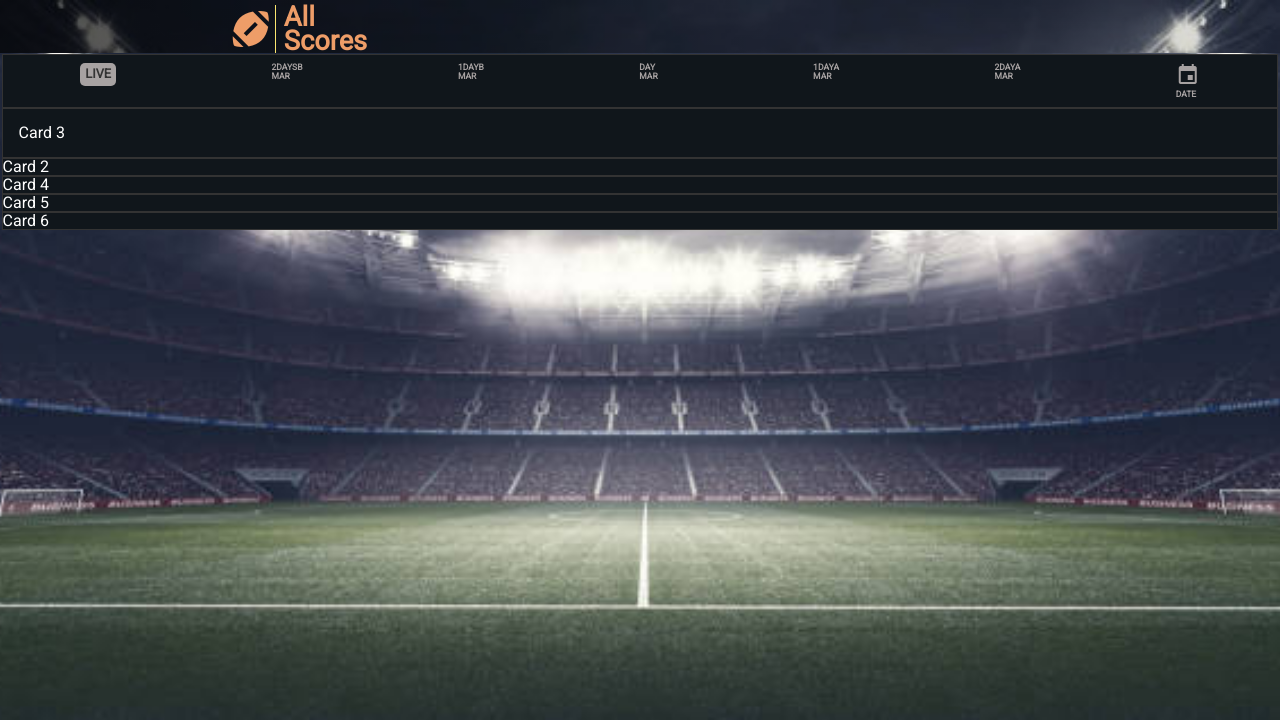
Repository: boomshakar/AllScores
Page: index.html
The author's editor kept a copy of each file at every save. The page is drawn from the files as they stood at one save, then again after the next save.
The browser window is 1280 px wide. The pictures show the whole page.
The style sheet was rebuilt from its Sass, Less or Tailwind sources for each picture, by a compiler version that may differ from the author's.

Above is the page before, as saved 2021-03-30 03:07:30.

### index.html
<!DOCTYPE html>
<html lang="en">
  <head>
    <meta charset="UTF-8" />
    <meta http-equiv="X-UA-Compatible" content="IE=edge" />
    <meta name="viewport" content="width=device-width, initial-scale=1.0" />
    <title>All Scores</title>
    <link rel="stylesheet" href="css/main.css" />
    <link
      rel="stylesheet"
      href="https://fonts.googleapis.com/icon?family=Material+Icons"
    />
  </head>
  <body>
    <header>
      <a href="index.html" class="head-name__logo">
        <span class="material-icons md-48">sports_football</span>
        <h1>All<br />Scores</h1>
      </a>
      <ul class="head-name">
        <a href="index.html"
          ><li class="head-name__mob active">
            <span class="material-icons md-36">sports_soccer</span>
            <h3>Soccer</h3>
          </li></a
        >
        <a href="#"
          ><li class="head-name__mob">
            <span class="material-icons md-36">sports_basketball</span>
            <h3>Basket</h3>
          </li></a
        >
        <a href="#"
          ><li class="head-name__mob">
            <span class="material-icons md-36">golf_course</span>
            <h3>Golf</h3>
          </li></a
        >
        <a href="#"
          ><li class="head-name__mob">
            <span class="material-icons md-36">sports_tennis</span>
            <h3>Tennis</h3>
          </li></a
        >
      </ul>
      <div class="menu-btn">
        <span class="menu-btn__burger"></span>
      </div>
      <nav class="nav">
        <ul class="menu-nav">
          <div class="menu-nav__time">
            Lorem ipsum, dolor sit amet consectetur adipisicing elit. Qui
            quidem, dignissimos asperiores totam nesciunt laborum at consectetur
            nam temporibus ea.
          </div>
          <li class="menu-nav__item active">
            <a href="index.html" class="menu-nav__link">Soccer</a>
          </li>
          <li class="menu-nav__item">
            <a href="#" class="menu-nav__link">Basketball</a>
          </li>
          <li class="menu-nav__item">
            <a href="#" class="menu-nav__link">Tennis</a>
          </li>
          <li class="menu-nav__item">
            <a href="#" class="menu-nav__link">Hockey</a>
          </li>
          <li class="menu-nav__item">
            <a href="#" class="menu-nav__link">Golf</a>
          </li>
          <li class="menu-nav__item">
            <a href="#" class="menu-nav__link">Basketball</a>
          </li>
          <li class="menu-nav__item">
            <a href="#" class="menu-nav__link">Tennis</a>
          </li>
          <li class="menu-nav__item">
            <a href="#" class="menu-nav__link">Hockey</a>
          </li>
          <li class="menu-nav__item">
            <a href="#" class="menu-nav__link">Golf</a>
          </li>
          <li class="menu-nav__item">
            <a href="#" class="menu-nav__link">Basketball</a>
          </li>
          <li class="menu-nav__item">
            <a href="#" class="menu-nav__link">Tennis</a>
          </li>
          <li class="menu-nav__item">
            <a href="#" class="menu-nav__link">Hockey</a>
          </li>
          <li class="menu-nav__item">
            <a href="#" class="menu-nav__link">Golf</a>
          </li>
          <div class="menu-nav__foot">
            Lorem ipsum dolor sit amet consectetur adipisicing elit. Quisquam
            quod neque provident ex cumque adipisci, iusto, tempora quibusdam
            maxime, magni autem perferendis? Quibusdam, tenetur. Laudantium,
            velit reiciendis deleniti perferendis nesciunt vitae dolores itaque
            aut voluptas dolor veritatis. Optio ducimus consectetur nisi sequi,
            nesciunt id quis mollitia, laborum voluptates necessitatibus modi.
          </div>
        </ul>
      </nav>
    </header>
    <div class="grid-contain">
      <span class="card">
        <div class="date-select">
          <a href="#" class="date-select__link active"
            ><div class="date-select__match live-logo">
              <strong>live</strong>
            </div></a
          >
          <a href="#" class="date-select__link"
            ><div class="date-select__match">
              <h6>2daysB</h6>
              <h6>Mar</h6>
            </div></a
          >
          <a href="#" class="date-select__link"
            ><div class="date-select__match">
              <h6>1dayB</h6>
              <h6>Mar</h6>
            </div></a
          >
          <a href="#" class="date-select__link"
            ><div class="date-select__match">
              <h6>Day</h6>
              <h6>Mar</h6>
            </div></a
          >
          <a href="#" class="date-select__link"
            ><div class="date-select__match">
              <h6>1dayA</h6>
              <h6>Mar</h6>
            </div></a
          >
          <a href="#" class="date-select__link"
            ><div class="date-select__match">
              <h6>2dayA</h6>
              <h6>Mar</h6>
            </div></a
          >
          <a href="#" class="date-select__link"
            ><div class="date-select__match">
              <span class="material-icons"> event </span>
              <h6>Date</h6>
            </div></a
          >
        </div>
      </span>
      <div class="card">Card 2</div>
      <div class="card">Card 3</div>
      <div class="card">Card 4</div>
      <div class="card">Card 5</div>
      <div class="card">Card 6</div>
    </div>
  </body>
  <script src="main.js"></script>
</html>

### main.js
const menuBtn = document.querySelector(".menu-btn");
const menuBurger = document.querySelector(".menu-btn__burger");
const nav = document.querySelector(".nav");
const headName = document.querySelector(".head-name");
const menuNav = document.querySelector(".menu-nav");
const menuNavList = document.querySelectorAll(".menu-nav__item");

let menuOpen = false;

menuBtn.addEventListener("click", toggleMenu);

function toggleMenu() {
  if (!menuOpen) {
    menuBurger.classList.add("open");
    nav.classList.add("open");
    headName.classList.add("open");
    menuNav.classList.add("open");
    menuNavList.forEach((item) => item.classList.add("open"));

    menuOpen = true;
  } else {
    menuBurger.classList.remove("open");
    nav.classList.remove("open");
    headName.classList.remove("open");
    menuNav.classList.remove("open");
    menuNavList.forEach((item) => item.classList.remove("open"));

    menuOpen = false;
  }
}

### scss/main.scss
@import "config";
@import "menu";
@import "home";
@import "responsive";

body {
  position: relative;
  background: $primary-color;
  color: $text-color;
  height: 100vh;
  font-family: "Roboto", "Segoe UI", Tahoma, Verdana, sans-serif;
  line-height: 1;
  background: url(../img/stadium3.jpg);
  background-size: cover;
  background-repeat: no-repeat;
  background-position: center;
  background-attachment: fixed;
}

header {
  display: flex;
  z-index: 2;
  background: linear-gradient(to right, rgba(#000, 0.7), rgba(#000, 0.1)),
    url(../img/head.jpg);
  background-size: cover;
  background-repeat: no-repeat;
  position: fixed;
  width: 100vw;
  padding-top: 0.3rem;

  a {
    color: $secondary-color;
  }
}

### scss/_config.scss
$primary-color: #24303a;
$secondary-color: #ee9d68;
$text-color: #fae56f;
$text-color2: rgb(167, 162, 162);

* {
  box-sizing: border-box;
  margin: 0;
  padding: 0;
  outline: 0;
  list-style: none;
}
a {
  text-decoration: none;
}

@import url("https://fonts.googleapis.com/css2?family=Roboto&display=swap");

@mixin transition-mix {
  transition: all 0.5s ease-in-out;
}

@mixin media-xxsm {
  @media screen and (max-width: 313px) {
    @content;
    ul.head-name {
      visibility: hidden;
    }
  }
}

@mixin media-xsm {
  @media screen and (min-width: 314px) and (max-width: 359px) {
    @content;
  }
}

@mixin media-sm {
  @media screen and (min-width: 360px) and (max-width: 399px) {
    @content;
  }
}

@mixin media-smd {
  @media screen and (min-width: 400px) {
    @content;
  }
}

@mixin media-md {
  @media screen and (min-width: 500px) {
    @content;
  }
}

@mixin media-lg {
  @media screen and (min-width: 700px) {
    @content;
  }
}

@mixin media-xl {
  @media screen and (min-width: 1000px) {
    @content;
  }
}

### scss/_menu.scss
.menu-btn {
  position: fixed;
  z-index: 1;
  width: 28px;
  height: 20px;
  top: 0.8rem;
  right: 0.7rem;
  background: transparent;
  cursor: pointer;
  @include transition-mix;
  &__burger {
    position: absolute;
    width: 20px;
    height: 3px;
    right: 0.5rem;
    top: 0.5rem;
    background: pink;
    border-radius: 5px;
    @include transition-mix;

    &::before {
      content: "";
      position: absolute;
      width: 28px;
      height: 3px;
      top: -8px;
      background: $text-color;
      border-radius: 5px;
      @include transition-mix;
    }

    &::after {
      content: "";
      position: absolute;
      width: 28px;
      height: 3px;
      top: 8px;
      background: $text-color;
      border-radius: 5px;
      @include transition-mix;
    }

    &.open {
      transform: rotate(720deg);
      background: transparent;

      &::before {
        transform: rotate(45deg) translate(5px, 8px);
        background: $secondary-color;
      }
      &::after {
        transform: rotate(-45deg) translate(3px, -7px);
        background: $secondary-color;
      }
    }
  }
}
nav {
  position: fixed;
  top: 0;
  left: 0;
  width: 100vw;
  visibility: hidden;
  &.open {
    visibility: visible;
  }
}

.menu-nav {
  display: grid;
  grid-template-columns: 1fr;
  grid-template-rows: 1fr;
  width: 100vw;
  height: 100vh;
  top: 50px;
  left: 0;
  right: 0;
  bottom: 0;
  overflow-y: scroll;
  overflow-x: hidden;
  background: $primary-color;
  opacity: 0.97;
  transform: translateY(-100%);
  @include transition-mix;

  &.open {
    transform: translateY(0);
  }
  &__time {
    padding: 1.5rem 1.5rem 1rem 1.5rem;
    line-height: 1.2;
    font-size: 12px;
  }

  &__item {
    transform: translateX(100vw);
    border-bottom: 1px solid rgb(102, 96, 96);
    @include transition-mix;
    &:nth-of-type(1) {
      border-top: 1px solid rgb(102, 96, 96);
    }
    &.open {
      transform: translateX(0);
    }
    &.active > a {
      color: $secondary-color;
    }
  }

  &__link {
    display: grid;
    font-size: 1.1rem;
    padding: 0.7rem 0;
    font-weight: 600;
    text-transform: uppercase;
    text-align: center;
    color: rgb(167, 162, 162);
    @include transition-mix;

    &:hover {
      color: $secondary-color;
    }
  }

  &__foot {
    padding: 2rem 1.5rem 200px 1.5rem;
    font-size: 12px;
  }
}

@for $f from 1 through 14 {
  .menu-nav__item:nth-child(#{$f}) {
    transition-delay: ($f * 0.1s) + 0.05s;
  }
}

### scss/_home.scss
.grid-contain {
  padding: 3.4rem 0.1rem 1.5rem 0.1rem;
  display: grid;
  grid-template-columns: 1fr;

  .card {
    background: darken($primary-color, 10%);
    border: 1px solid #333;
    color: #fff;

    &:nth-child(1) {
      //date selector
      grid-column: 1 / 1;
      grid-row: 1/ 2;
      .date-select {
        display: flex;
        flex-direction: row;
        justify-content: space-around;
        &__link {
          color: $text-color2;
          padding: 0.5rem 0.8rem;
          text-transform: uppercase;
          &:nth-child(1) > .live-logo {
            color: #333;
            background: $text-color2;
            border-radius: 5px;
            padding: 5px;
          }
        }
        &__match {
          font-size: 0.8rem;
          font-weight: 600;
        }
      }
    }

    &:nth-child(2) {
      //left side
      grid-column: 1;
      grid-row: 3 / 4;
    }

    &:nth-child(3) {
      //main menu
      grid-column: 1;
      grid-row: 2 / 3;
      padding: 1rem;
    }

    &:nth-child(4) {
      //right side
      grid-column: 1;
      grid-row: 4 / 5;
    }

    &:nth-child(5) {
      //stciky ad below
      grid-column: 1;
      grid-row: 5 / 6;
    }

    &:nth-child(6) {
      //footer
      grid-column: 1;
      grid-row: 6 / 7;
    }
  }
}

### scss/_responsive.scss
@include media-xxsm {
  header {
    height: 2.8rem;
    justify-content: space-between;
    .head-name__logo {
      display: flex;
      flex-direction: row;
      cursor: pointer;
      &:hover > .material-icons {
        color: $text-color;
      }

      .material-icons {
        font-size: 2.5rem;
        align-items: center;
        cursor: pointer;
        @include transition-mix;
      }
      h1 {
        font-weight: 800;
        border-left: 1px solid $text-color;
        line-height: 1.3rem;
        padding: 0 0.5rem;
        font-size: 1.1rem;
        cursor: pointer;
      }
    }
  }
}

@include media-xsm {
  header {
    justify-content: space-between;
    .head-name__logo {
      display: flex;
      flex-direction: row;
      cursor: pointer;
      height: 2.5rem;
      &:hover > .material-icons {
        color: $text-color;
      }

      .material-icons {
        font-size: 2.5rem;
        align-items: center;
        cursor: pointer;
        @include transition-mix;
      }
      h1 {
        font-weight: 800;
        border-left: 1px solid $text-color;
        line-height: 1.3rem;
        padding: 0 0.5rem;
        font-size: 1.1rem;
        cursor: pointer;
      }
    }
    ul.head-name {
      display: flex;
      flex-direction: row;
      margin-right: 2rem;
      &.open {
        visibility: hidden;
      }

      .head-name__mob {
        border-left: 1px solid $text-color2;
        padding: 0 0.2rem;
        text-align: center;
        width: 3rem;
        @include transition-mix;
        &.active {
          background: linear-gradient(
            to right,
            rgba(#fff, 0.3),
            rgba(#fff, 0.1)
          );
          color: $text-color;
          border-radius: 5px;
          border-left: 1px solid $text-color;
        }
        &:hover > .material-icons {
          color: $text-color;
        }
      }
      .material-icons {
        font-size: 1.3rem;
        cursor: pointer;
        @include transition-mix;
      }
      h3 {
        font-size: 0.7rem;
      }
    }
    .menu-btn {
      right: -0.3rem;
    }
  }
}

@include media-sm {
  header {
    justify-content: space-between;
    .head-name__logo {
      display: flex;
      flex-direction: row;
      cursor: pointer;
      height: 2.5rem;
      &:hover > .material-icons {
        color: $text-color;
      }

      .material-icons {
        font-size: 2.5rem;
        align-items: center;
        cursor: pointer;
        @include transition-mix;
      }
      h1 {
        font-weight: 800;
        border-left: 1px solid $text-color;
        line-height: 1.3rem;
        padding: 0 0.5rem;
        font-size: 1.1rem;
        cursor: pointer;
      }
    }
    ul.head-name {
      display: flex;
      flex-direction: row;
      margin-right: 2rem;
      &.open {
        visibility: hidden;
      }

      .head-name__mob {
        border-left: 1px solid $text-color2;
        padding: 0 0.5rem;
        text-align: center;
        width: 3.3rem;
        &.active {
          background: linear-gradient(
            to right,
            rgba(#fff, 0.3),
            rgba(#fff, 0.1)
          );
          color: $text-color;
          border-radius: 5px;
          border-left: 1px solid $text-color;
        }
        &:hover > .material-icons {
          color: $text-color;
        }
      }
      .material-icons {
        font-size: 1.3rem;
        cursor: pointer;
        @include transition-mix;
      }
      h3 {
        font-size: 0.8rem;
      }
    }
    .menu-btn {
      right: 0.3rem;
    }
  }
}

@include media-smd {
  header {
    justify-content: space-between;
    .head-name__logo {
      display: flex;
      flex-direction: row;
      cursor: pointer;
      &:hover > .material-icons {
        color: $text-color;
      }

      .material-icons {
        font-size: 3rem;
        align-items: center;
        cursor: pointer;
        @include transition-mix;
      }
      h1 {
        font-weight: 800;
        border-left: 1px solid $text-color;
        line-height: 1.5rem;
        padding: 0 0.5rem;
        font-size: 1.4rem;
        cursor: pointer;
      }
    }
    ul.head-name {
      display: flex;
      flex-direction: row;
      margin-right: 2rem;
      &.open {
        visibility: hidden;
      }

      .head-name__mob {
        border-left: 1px solid $text-color2;
        padding: 0 0.3rem;
        text-align: center;
        width: 3.4rem;
        @include transition-mix;
        &.active {
          background: linear-gradient(
            to right,
            rgba(#fff, 0.3),
            rgba(#fff, 0.1)
          );
          color: $text-color;
          border-radius: 5px;
          border-left: 1px solid $text-color;
        }
        &:hover > .material-icons {
          color: $text-color;
        }
      }
      .material-icons {
        font-size: 1.7rem;
        cursor: pointer;
        @include transition-mix;
      }
      h3 {
        font-size: 0.8rem;
      }
    }
    .menu-btn {
      top: 1.2rem;
      right: 0.4rem;
    }
  }
}

@include media-md {
  header {
    justify-content: space-between;
    .head-name__logo {
      display: flex;
      flex-direction: row;
      cursor: pointer;
      &:hover > .material-icons {
        color: $text-color;
      }

      .material-icons {
        font-size: 3rem;
        align-items: center;
        cursor: pointer;
        @include transition-mix;
      }
      h1 {
        font-weight: 800;
        border-left: 1px solid $text-color;
        line-height: 1.5rem;
        padding: 0 0.5rem;
        font-size: 1.7rem;
        cursor: pointer;
      }
    }
    ul.head-name {
      display: flex;
      flex-direction: row;
      margin-right: 5rem;
      &.open {
        visibility: hidden;
      }

      .head-name__mob {
        border-left: 1px solid $text-color2;
        padding: 0 0.5rem;
        text-align: center;
        width: 3.8rem;
        @include transition-mix;
        &.active {
          background: linear-gradient(
            to right,
            rgba(#fff, 0.3),
            rgba(#fff, 0.1)
          );
          color: $text-color;
          border-radius: 5px;
          border-left: 1px solid $text-color;
        }
        &:hover > .material-icons {
          color: $text-color;
        }
      }
      .material-icons {
        font-size: 1.7rem;
        cursor: pointer;
        @include transition-mix;
      }
      h3 {
        font-size: 0.8rem;
      }
    }
  }
}

@include media-lg {
  header {
    justify-content: space-evenly;
    .head-name__logo {
      display: flex;
      flex-direction: row;
      cursor: pointer;
      margin-right: 8rem;
      &:hover > .material-icons {
        color: $text-color;
      }

      .material-icons {
        font-size: 3rem;
        align-items: center;
        cursor: pointer;
        @include transition-mix;
      }
      h1 {
        font-weight: 800;
        border-left: 1px solid $text-color;
        line-height: 1.5rem;
        padding: 0 0.5rem;
        font-size: 1.7rem;
        cursor: pointer;
      }
    }
    ul.head-name {
      display: flex;
      flex-direction: row;
      &.open {
        visibility: hidden;
      }

      .head-name__mob {
        border-left: 1px solid $text-color2;
        padding: 0 0.3rem;
        text-align: center;
        width: 3.8rem;
        &.active {
          background: linear-gradient(
            to right,
            rgba(#fff, 0.3),
            rgba(#fff, 0.1)
          );
          color: $text-color;
          border-radius: 5px;
          border-left: 1px solid $text-color;
        }
        &:hover > .material-icons {
          color: $text-color;
        }
      }
      .material-icons {
        font-size: 1.7rem;
        cursor: pointer;
        @include transition-mix;
      }
      h3 {
        font-size: 0.8rem;
      }
    }
    .menu-btn {
      visibility: hidden;
    }
  }
}

@include media-xl {
  header {
    justify-content: space-evenly;
    .head-name__logo {
      display: flex;
      flex-direction: row;
      cursor: pointer;
      margin-right: 8rem;
      &:hover > .material-icons {
        color: $text-color;
      }

      .material-icons {
        font-size: 3rem;
        align-items: center;
        cursor: pointer;
        @include transition-mix;
      }
      h1 {
        font-weight: 800;
        border-left: 1px solid $text-color;
        line-height: 1.5rem;
        padding: 0 0.5rem;
        font-size: 1.7rem;
        cursor: pointer;
      }
    }
    ul.head-name {
      display: flex;
      flex-direction: row;
      &.open {
        visibility: hidden;
      }

      .head-name__mob {
        border-left: 1px solid $text-color2;
        padding: 0 0.3rem;
        text-align: center;
        width: 3.8rem;
        &.active {
          background: linear-gradient(
            to right,
            rgba(#fff, 0.3),
            rgba(#fff, 0.1)
          );
          color: $text-color;
          border-radius: 5px;
          border-left: 1px solid $text-color;
        }
        &:hover > .material-icons {
          color: $text-color;
        }
      }
      .material-icons {
        font-size: 1.7rem;
        cursor: pointer;
        @include transition-mix;
      }
      h3 {
        font-size: 0.8rem;
      }
    }
  }
}

After the next save:
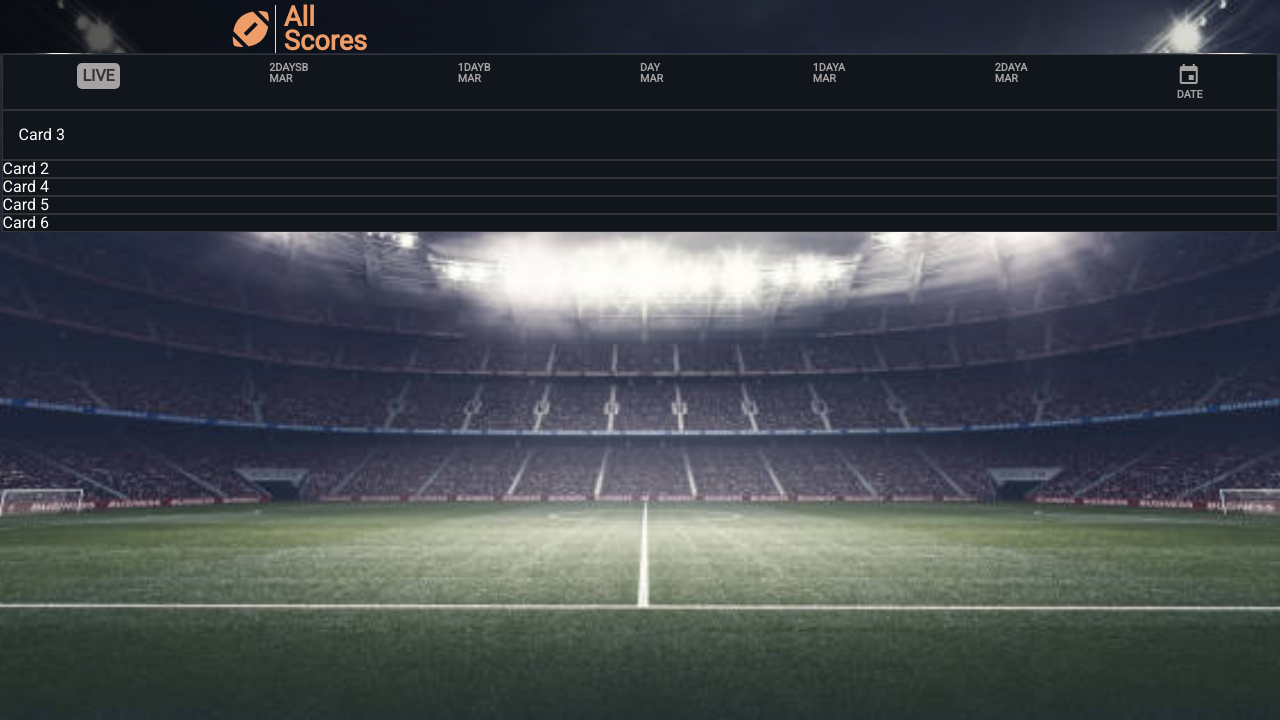
Saved 19 s later.
--- a/scss/_home.scss
+++ b/scss/_home.scss
@@ -28,7 +28,6 @@
           }
         }
         &__match {
-          font-size: 0.8rem;
           font-weight: 600;
         }
       }

After the save that followed:
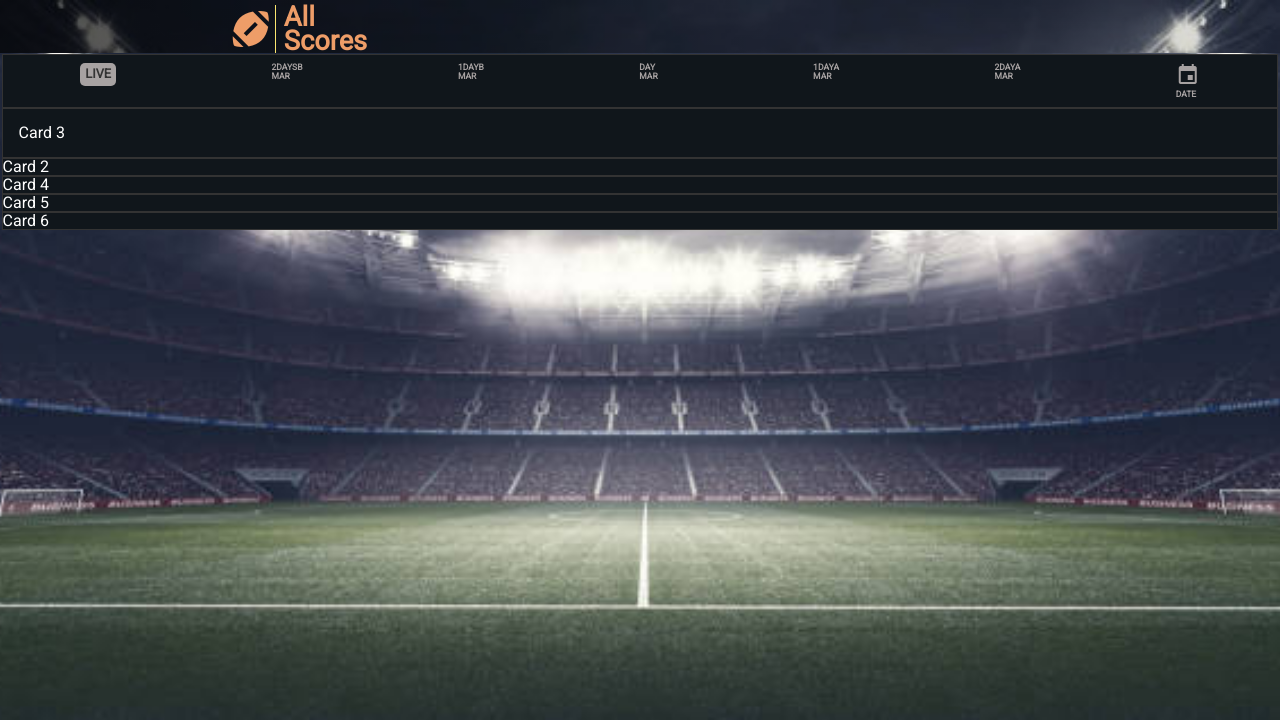
Saved 22 s later.
--- a/scss/_home.scss
+++ b/scss/_home.scss
@@ -28,6 +28,7 @@
           }
         }
         &__match {
+          font-size: 0.8rem;
           font-weight: 600;
         }
       }
